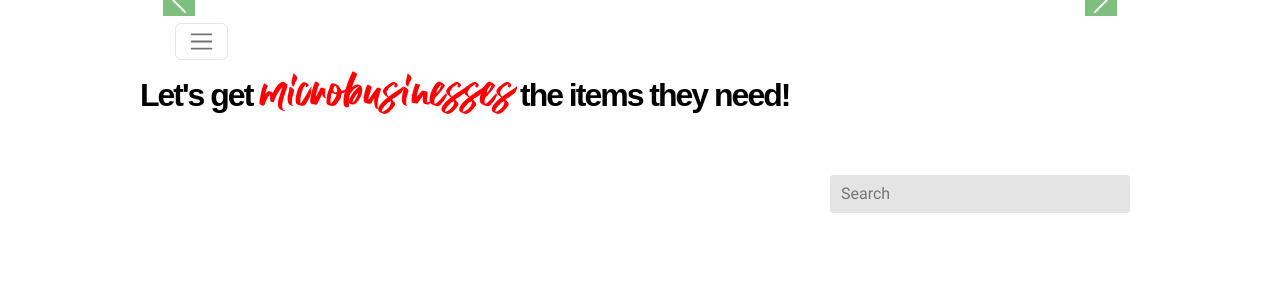
Repository: David-Waite/edableStyleChanges
Page: /
An editor plug-in stored every save of this project. The page is shown before and after the next save, followed by the edit.
The browser window is 1280 px wide. The pictures show the whole page.
The project was rebuilt for these pictures with package versions that can differ from the ones it lists, and the page was loaded fresh each time. Also part of the build but not shown: src/components/Item/ProgressBar.css, src/components/Volunteer/Volunteer.tsx, src/components/DonorForm/Message.css, src/components/Volunteer/VolunteerError.tsx, src/components/Default.tsx, src/components/DonorForm/Paypal.tsx, src/components/DonorForm/DonorForm.tsx, src/components/DonorForm/PastDonations.css and 8 more.

Above is the page before, as saved 2022-11-08 15:44:39.

### public/index.html
<!DOCTYPE html>
<html lang="en">
  <head>
    <meta charset="utf-8" />
    <link rel="icon" href="%PUBLIC_URL%/favicon.ico" />
    <meta name="viewport" content="width=device-width, initial-scale=1" />
    <meta name="theme-color" content="#000000" />
    <meta name="description" content="EdAble Donations System" />
    <link rel="apple-touch-icon" href="%PUBLIC_URL%/logo192.png" />
    <link rel="manifest" href="%PUBLIC_URL%/manifest.json" />
    <link
      rel="stylesheet"
      href="https://cdn.jsdelivr.net/npm/bootstrap@5.2.0-beta1/dist/css/bootstrap.min.css"
      integrity="sha384-0evHe/X+R7YkIZDRvuzKMRqM+OrBnVFBL6DOitfPri4tjfHxaWutUpFmBp4vmVor"
      crossorigin="anonymous"
    />
    <title>EdAble Donations</title>
  </head>
  <body>
    <noscript>You need to enable JavaScript to run this app.</noscript>
    <div id="root"></div>
  </body>
  <script src="./iframeResizer.contentWindow.min.js"></script>
</html>

### src/index.tsx
import React from 'react';
import ReactDOM from 'react-dom/client';
import './index.css';
import App from './App';
import reportWebVitals from './reportWebVitals';
import './fonts/Roboto/Roboto-Medium.ttf';
import './fonts/Lora/Lora-VariableFont_wght.ttf';

const root = ReactDOM.createRoot(
  document.getElementById('root') as HTMLElement
);
root.render(
  <React.StrictMode>
    <App />
  </React.StrictMode>
);

// If you want to start measuring performance in your app, pass a function
// to log results (for example: reportWebVitals(console.log))
// or send to an analytics endpoint. Learn more: https://bit.ly/CRA-vitals
reportWebVitals();

### src/index.css
body {
  margin: 0;
  -webkit-font-smoothing: antialiased;
  -moz-osx-font-smoothing: grayscale;
}

code {
  font-family: source-code-pro, Menlo, Monaco, Consolas, "Courier New",
    monospace;
}

* {
  box-sizing: border-box;
}

#page-wrap {
  padding-bottom: 10px;
  padding-top: 10px;
}
@font-face {
  font-family: "Roboto";
  src: local("Roboto"),
    url("./fonts/Roboto/Roboto-Medium.ttf") format("truetype");
}

@font-face {
  font-family: "Lora";
  src: local("Lora"),
    url("./fonts/Lora/Lora-VariableFont_wght.ttf") format("truetype");
}

@font-face {
  font-family: "black_stonealternative";
  src: local("blackStone"),
    url("./fonts/BlackStone/blackstone-alternative-webfont.woff") format("woff");
}

h1 {
  font-family: "Roboto";
  font-style: normal;
  font-weight: 700;
  font-size: 52px;
  line-height: 64px;
  /* identical to box height, or 123% */
  color: #000000;
}

h2 {
  font-family: "Lora";
  font-style: normal;
  font-weight: 700;
  font-size: 47px;
  line-height: 60px;
  /* identical to box height, or 128% */
  color: #f1f1f1;
}

h3 {
  font-family: "Lora";
  font-style: normal;
  font-weight: 700;
  font-size: 40px;
  line-height: 51px;
  color: #c4c4c4;
}

h4 {
  font-family: "Roboto";
  font-style: normal;
  font-weight: 700;
  font-size: 35px;
  line-height: 43px;
  /* identical to box height, or 123% */
  letter-spacing: 0.02em;
  color: #000000;
}

h5 {
  font-family: "Roboto";
  font-style: normal;
  font-weight: 700;
  font-size: 28px;
  line-height: 44px;
  /* identical to box height, or 157% */
  color: #000000;
}

h6 {
  font-family: "Roboto";
  font-style: normal;
  font-weight: 700;
  font-size: 21px;
  line-height: 25px;
  /* identical to box height */
  color: #000000;
}

body {
  font-family: "Roboto";
  font-style: normal;
  font-weight: 400;
  font-size: 21px;
  line-height: 32px;
  /* identical to box height, or 152% */
  color: #000000;
}

### src/App.tsx
import React from "react";
import "./App.css";
import { BrowserRouter, Routes, Route } from "react-router-dom";

import { PayPalScriptProvider } from "@paypal/react-paypal-js";
import Base from "./components/Base";
import Landing from "./components/Landing/Landing";
import Volunteer from "./components/Volunteer/Volunteer";
import VolunteerError from "./components/Volunteer/VolunteerError";
import Default from "./components/Default";
import Organisation from "./components/Organisation/Organisation";
import ItemPage from "./components/Item/ItemPage";
import Success from "./components/DonorForm/Success";
import Cancel from "./components/DonorForm/Cancel";
import PastDonations from "./components/DonorForm/PastDonations";
import PastItemDonations from "./components/DonorForm/PastItemDonations";
import DonateTime from "./components/Volunteer/DonateTime";

function App() {
  return (
    <PayPalScriptProvider
      options={{
        "client-id":
        process.env.REACT_APP_PAYPAL_CLIENT_ID||"ATT3Tn46NrmHggGqVC4mzWOZWlnbp2ID9DA0yQnhsgqPFIVPPlLhfSI_-atbZc3aN7n_k7wUVTyQJMnI",
        currency: "AUD",
      }}
    >
      <BrowserRouter>
        <Routes>
          <Route path="/" element={<Base />}>
            <Route path="/" element={<Landing />} />
            <Route path="volunteer" element={<Volunteer />} />
            <Route path="success" element={<Success />} />
            <Route path="organisation/:orgId" element={<Organisation />} />
            <Route path="cancel/:orgId" element={<Cancel />} />
            <Route path="volunteererror/:orgId" element={<VolunteerError />} />
            <Route path="organisation/:orgId" element={<PastDonations />} />
            <Route path="item/:orgID/:itemID" element={<ItemPage />} />
            <Route path="item/:orgID/:itemID" element={<PastItemDonations />} />
            <Route path="volunteer/organisation/:orgId" element={<DonateTime />} />
            <Route path="volunteer/success" element={<Success />} />

            {/* Using path="*"" means "match anything", so this route
                acts like a catch-all for URLs that we don't have explicit
              routes for. */}
            <Route path="*" element={<Default />} />
          </Route>
        </Routes>
      </BrowserRouter>
    </PayPalScriptProvider>
  );
}

export default App;

### src/App.css
.App {
  text-align: center;
}

.App-logo {
  height: 40vmin;
  pointer-events: none;
}

@media (prefers-reduced-motion: no-preference) {
  .App-logo {
    animation: App-logo-spin infinite 20s linear;
  }
}

.App-header {
  background-color: #282c34;
  min-height: 100vh;
  display: flex;
  flex-direction: column;
  align-items: center;
  justify-content: center;
  font-size: calc(10px + 2vmin);
  color: white;
}

.App-link {
  color: #61dafb;
}

@keyframes App-logo-spin {
  from {
    transform: rotate(0deg);
  }
  to {
    transform: rotate(360deg);
  }
}

.font-face-rob {
  font-family: "Roboto";
}

.font-face-lora {
  font-family: "Lora";
}

.font-face-Black {
  font-family: "black_stonealternative";
}

### src/components/Base.tsx
import { Outlet } from 'react-router-dom';

function BasePage() {
  return (
    <>
      {/* An <Outlet> renders whatever child route is currently active,
          so you can think about this <Outlet> as a placeholder for
        the child routes we defined above. */}
      <Outlet/>
    </>
  );
}

export default BasePage;

### src/components/Landing/Landing.tsx
import { useEffect, useState } from "react";
import "./Landing.css";
import { Link } from "react-router-dom";
import { db } from "../../config/firebase";
import { collection, query, onSnapshot, where } from "firebase/firestore";
import { Button, Container, Carousel, Row, Col } from "react-bootstrap";
import { ReactComponent as InclusionHero } from "./InclusionHero.svg";

import Sidebar from "./Sidebar";
import ItemsCollection from "./ItemsCollection";
import Organisation from "../Organisation/Organisation";

function Landing() {
  const [orgList, setOrgList] = useState<any>([]);

  // gets all the orgs from dbs
  useEffect(() => {
    const q = query(
      collection(db, "Organisations"),
      where("activeStatus", "==", true)
    );
    onSnapshot(q, (querySnapshot) => {
      // setOrgList dumps all the orgs in orgList
      setOrgList(
        querySnapshot.docs.map((doc) => ({
          id: doc.id,
          data: doc.data(),
        }))
      );
    });
  }, []);

  useEffect(() => {
    window.scrollTo(0, 0);
  }, []);

  return (
    //   these lines set up the format of the page
    <>
      <div className="landing">
        {/* Burger menu */}
        <div className="navBarContainer">
          <Sidebar orgList={orgList} />
        </div>

        <div className="App" id="outer-container">
          {/* Carousel */}
          <div className="slideshowCon">
            <Row>
              <Col>
                <div className="carouselContainer">
                  <Carousel
                    touch={true}
                    interval={400000}
                    indicators={true}
                    variant="light"
                  >
                    {orgList.map((org: any) => (
                      <Carousel.Item
                        key={org.id.toString()}
                        style={{
                          textAlign: "left",
                        }}
                      >
                        <Link
                          to={`organisation/${org.id}`}
                          style={{
                            textDecoration: "none",
                            color: "black",
                          }}
                        >
                          {/* this div contains the carousel item's contents and makes the whole carousel item a link (based on link tag above) */}
                          <div className="carousel-contents">
                            <img
                              className="carouselImage"
                              src={`${org.data.img}`}
                            />

                            <div className="caroursel-text">
                              <div className="carousel-contents-bottom">
                                <div>
                                  {" "}
                                  <h2 className="title">{org.data.name}</h2>
                                  <p className="orgSummary">
                                    {org.data.summary}
                                  </p>
                                </div>

                                <Button
                                  className="btnContribute"
                                  variant="warning"
                                >
                                  CONTRIBUTE TO&#160;
                                  {org.data.name.toUpperCase()}!
                                </Button>
                              </div>
                            </div>
                          </div>
                        </Link>
                      </Carousel.Item>
                    ))}
                  </Carousel>
                </div>
              </Col>
            </Row>
          </div>
        </div>

        <ItemsCollection orgList={orgList} />
      </div>
    </>
  );
}

export default Landing;

### src/components/Landing/Landing.css
.carousel-control-next,
.carousel-control-prev {
  width: 10%;
  color: grey;
  background-color: blue;
}
.carousel-control-next span,
.carousel-control-prev span {
  color: green;
  background-color: green;
}

.carousel-control-prev-icon {
  color: green;
  background-color: green;
}
.landing {
  max-width: 1000px;

  margin: 0px auto 90px;
}

.title {
  font-size: 33px;
  margin-top: 10px;
  font-family: sans-serif;
  height: auto;
  line-height: normal;
}

.col {
  padding: 0;
}

.navBarContainer {
  margin-left: 30px;
  margin-top: 10px;
  position: absolute;
  color: white;
}

.carousel {
  /* margin: 3px; */
  /* border-radius: 30px; */

  color: white;
  /* height: ; */
}

.carouselImage {
  object-fit: cover;
  height: calc(500px - 140px);
}

.carousel-contents {
  display: flex;

  flex-direction: column;
  justify-content: flex-end;

  color: white;
  height: 500px;
}

.carousel-indicators {
  margin-bottom: 10px;
}

.carousel-contents-bottom {
  display: flex;
  align-items: center;
  justify-content: space-between;
  gap: 10px;

  margin-bottom: 30px;
}

.caroursel-text {
  padding: 0px 25px;
  height: 140px;
  background-color: #333333;
}

.btnContribute {
  background-color: #e50040;
  color: white;
  border: none;
  border-radius: 3px;
}

.btnContribute span {
  margin-left: 3px;
  font-size: 16px;
  font-weight: 400;
  color: white;
}

.btnContribute div {
  font-size: 16px;
  font-weight: 400;
  margin: 0;
}

.btnContribute:hover {
  background-color: #d4033e;
  color: white;
}

.orgSummary {
  font-size: 16px;
  line-height: 25px;
}

.imgCarousel {
  width: 100%;
  height: 600px;
}

@media (max-width: 1040px) {
  .landing {
    padding: 0 20px;
  }
}

@media (max-width: 900px) {
  .title {
    font-size: 28px !important;
  }
}

@media (max-width: 800px) {
  .carousel-contents-bottom {
    flex-direction: column;
    align-items: flex-start;

    gap: 0px;
  }
  .caroursel-text {
    height: 200px;
  }
}

@media (max-width: 500px) {
  .btnContribute div {
    width: 100%;
  }

  .caroursel-text {
    height: 220px;
  }
}

@media (max-width: 370px) {
  .btnContribute {
    margin-top: -10px;
    font-size: 10px;
  }
}

@media (max-width: 325px) {
  .btnContribute span {
    font-size: 9px;
  }
}

/* #carousel-indicators {
    color:rgb(17, 0, 61)
} */

/* Button {
  font-size: x-small;
  style={{ backgroundImage: `url(${org.data.img})` }}




   <img
                              className="imgCarousel"
                              src={org.data.img}
                              alt={`${org.data.name}` + "'s logo"}
                            />
} */

### src/config/firebase.js
import { initializeApp } from "firebase/app";
import { getFirestore } from "firebase/firestore";
import { initializeAppCheck, ReCaptchaV3Provider } from "firebase/app-check";

const firebaseConfig = {
  apiKey: "AIzaSyDs6EtNxxw7Q9vqGTd9EFzCkpK4aQ9u_dY",
  authDomain: "edable-swinburne.firebaseapp.com",
  projectId: "edable-swinburne",
  storageBucket: "edable-swinburne.appspot.com",
  messagingSenderId: "217658206897",
  appId: "1:217658206897:web:529a69fce1bf349d7ad090",
  measurementId: "G-2R2MP9QZ9F",
};

// Initialize Firebase
const app = initializeApp(firebaseConfig);
const db = getFirestore(app);

// app check
const appCheck = initializeAppCheck(app, {
  provider: new ReCaptchaV3Provider("6LcACHkiAAAAAI-dIVsdXLO9-vrCICsqM5sRRjbJ"),
  isTokenAutoRefreshEnabled: true,
});

export { db };

### src/components/Landing/Sidebar.tsx
import { useState, useEffect } from "react";
import { query, onSnapshot, collection, where } from "firebase/firestore";
import { db } from "../../config/firebase";
import { Link } from "react-router-dom";
import Navbar from "react-bootstrap/Navbar";
import Offcanvas from "react-bootstrap/Offcanvas";

type SidemenuProps = {
  pageWrapId: string;
  outerContainerId: string;
};

function Sidebar(props: any) {
  const [search, setSearch] = useState<string>("");

  const handleChange = (e: React.ChangeEvent<HTMLInputElement>) => {
    setSearch(e.target.value);
  };

  const filteredOrganisations = props.orgList.filter((Organisations: any) =>
    Organisations.data.name.toLowerCase().includes(search.toLowerCase())
  );
  return (
    <>
      <Navbar expand={false}>
        <Navbar.Toggle aria-controls={`offcanvasNavbar-expand`} />
        <Navbar.Offcanvas
          id={`offcanvasNavbar-expand`}
          aria-labelledby={`offcanvasNavbarLabel-expand`}
        >
          <Offcanvas.Header closeButton>
            <Offcanvas.Title
              id={`offcanvasNavbarLabel-expand`}
              style={{
                fontSize: "20px",
              }}
            >
              Social-enterprises supported by EdAble
            </Offcanvas.Title>
          </Offcanvas.Header>
          <Offcanvas.Body>
            <input type="text" onChange={handleChange} placeholder="Search" />
            {filteredOrganisations.map((Organisation: any) => (
              <Link
                style={{
                  textDecoration: "none",
                  color: "black",
                }}
                to={`organisation/${Organisation.id}`}
                key={Organisation.id}
              >
                <br />
                <div>{Organisation.data.name}</div>
              </Link>
            ))}
          </Offcanvas.Body>
        </Navbar.Offcanvas>
      </Navbar>
    </>
  );
}

export default Sidebar;

### src/components/Landing/ItemsCollection.tsx
import { useState, useEffect } from "react";
import {
  collectionGroup,
  query,
  onSnapshot,
  collection,
  where,
  getDocs,
} from "firebase/firestore";
import { db } from "../../config/firebase";
import Card from "react-bootstrap/Card";
import ProgressBar from "react-bootstrap/ProgressBar";
import { Link } from "react-router-dom";
import styles from "./ItemsCollection.module.css";
import "../Item/ProgressBar.css";

function ItemsCollection(props: any) {
  const [itemList, setItemList] = useState<any>([]);
  const [search, setSearch] = useState<string>("");

  useEffect(() => {
    const q = query(
      collectionGroup(db, "Items"),
      where("activeStatus", "==", true)
    );

    onSnapshot(q, async (querySnapshot) => {
      setItemList(
        querySnapshot.docs.map((doc) => ({
          id: doc.id,
          data: doc.data(),
          parentDoc: doc.ref.parent.parent?.id,
        }))
      );
    });
  }, []);

  function mergeLists() {
    const mergeList: any = [];
    itemList.map((item: any) => {
      props.orgList.map((org: any) => {
        if (item.parentDoc === org.id) {
          if (item.data.activeStatus === true) {
            mergeList.push({
              ...item,
              orgName: org.data.name,
              orgActiveStatus: org.data.activeStatus,
            });
          }
        }
      });
    });
    return mergeList;
  }

  const mergeList = mergeLists();

  const handleChange = (e: React.ChangeEvent<HTMLInputElement>) => {
    setSearch(e.target.value);
  };
  const filteredItems = mergeList.filter((item: any) =>
    item.data.name.toLowerCase().includes(search.toLowerCase())
  );
  console.log(filteredItems);

  return (
    <>
      <div className={styles.containerDiv}>
        <h2 className={styles.title}>
          Let&apos;s get <span>microbusinesses</span> the items they need!
        </h2>
        <div
          className={styles.searchBar}
          style={{
            borderRadius: "3px",
            display: "flex",
            alignItems: "right",
            justifyContent: "right",
          }}
        >
          <input
            style={{ fontSize: "16px" }}
            className={styles.input}
            type="text"
            onChange={handleChange}
            placeholder="Search"
          />
        </div>

        <div className={styles.cardParentDiv}>
          {filteredItems.map((item: any) => (
            <div key={item.id.toString()} className={styles.cards}>
              <img src={item.data.img} alt={`Image of  ${item.data.name}`} />
              <div className={styles.cardBody}>
                <div>
                  <h3 className={styles.cardTitle}>
                    {item.orgName}:
                    <br />
                    <span>{item.data.name}</span>
                  </h3>

                  <p className={styles.cardDes}>{item.data.summary}</p>
                </div>

                <div className={styles.bottomHalfCard}>
                  <p>
                    ${item.data.totalDonationsValue || 0} of $
                    {item.data.initialPrice}
                  </p>
                  <ProgressBar
                    striped
                    now={
                      item.data.totalDonationsValue
                        ? (item.data.totalDonationsValue /
                            item.data.initialPrice) *
                          100
                        : 0
                    }
                    label={`${Math.round(
                      (item.data.totalDonationsValue / item.data.initialPrice) *
                        100
                    )}%`}
                  />
                  <Link
                    style={{
                      textDecoration: "none",
                      color: "black",
                    }}
                    to={`item/${item.parentDoc}/${item.id}`}
                  >
                    <div className={styles.btn}>DONATE NOW!</div>
                  </Link>
                </div>
              </div>
            </div>
          ))}
        </div>
      </div>
    </>
  );
}

export default ItemsCollection;

### src/components/Organisation/Organisation.module.css
.body {
  background-color: black;
}

.section {
  max-width: 1000px;

  margin: 0 auto;
  background-color: white;
}

.btn {
  display: flex;
  align-items: center;
  height: 40px;
  color: white;
  border-radius: 3px;
  font-size: 16px;
  font-weight: 400;
  padding: 0 15px;
}

a {
  text-decoration: none !important;
}
.btn:hover {
  color: white;
}
.website {
  background-color: #5e17a9;
}

.goBack {
  background-color: #ff7000;
}

.website:hover {
  background-color: #511493;
}

.goBack:hover {
  background-color: #f16800;
}

.orgImg {
  width: 100%;
  height: 500px;
  object-fit: cover;
}

.header {
  margin: 10px 0;
  display: flex;
  gap: 10px;

  align-items: center;
}

h6 {
  margin-top: 30px;
  font-size: 33px;
  font-weight: 400;
  line-height: 30px;
}

h6 div {
  font-family: "black_stonealternative";
  margin-top: 30px;
  color: #5e17a9;
  font-size: 55px;
  letter-spacing: 1px;
  font-weight: 100;
}

.orgDescription {
  margin-top: 20px;
  font-size: 16;
}

.formContainer {
  margin: 0 auto;
  width: 100%;

  max-width: 900px;
  border-radius: 3px;
  padding: 30px 50px;
  background-color: #eee;
}

.topItem {
  display: flex;
  align-items: center;
  gap: 40px;
}

.topButton {
  margin-bottom: 30px;
  background-color: #ff7000;
  border: none;
}

.topButton:hover {
  background-color: #f16800;
}

.card {
  width: 500px;
  border-radius: 3px;
  border: none;
  background-color: #f4f4f4;
}

.cardContent {
  padding: 20px;
}

.cardTitle {
  font-size: 18px;
  color: black;
  font-family: sans-serif;
  height: auto;
  line-height: 25px;
}

.cardDes {
  margin-top: 0px;
  color: rgb(29, 29, 29);
  font-size: 16px;
  letter-spacing: 0.1px;
  line-height: 20px;
  font-weight: 400;
}

@media (max-width: 700px) {
  .content {
    padding: 0 20px 50px;
  }
  .formContainer {
    padding: 30px 20px;
  }
  .topItem {
    display: flex;
    flex-direction: column;
    gap: 40px;
  }
  .card {
    width: 100%;
  }
}

@media (max-width: 500px) {
  label {
    font-size: 10px;
  }

  h6 {
    font-size: 25px;
  }
  h6 span {
    font-size: 40px;
  }
  .btn {
    font-size: 12px;
  }
}

### src/components/Landing/ItemsCollection.module.css
.containerDiv {
  /* background-color: rgb(212, 238, 249); */
  border-radius: 40px;
}

.searchBar {
  border-radius: 3px !important;
  padding: 0;
}
.title {
  font-size: 32px;
  color: black;
  font-family: sans-serif;
  margin-top: 60px;
  margin-bottom: 40px;

  letter-spacing: -2px;
}

.title span {
  font-family: "black_stonealternative";
  margin-left: 0px;
  margin-right: 0px;
  font-size: 55px;
  letter-spacing: 1px;
  font-weight: 100;
}

.input {
  margin: 10px;
  width: 300px;
  border-radius: 3px;
  padding: 2px 10px;
}

.cardParentDiv {
  margin-top: 20px;
  display: grid;
  grid-template-columns: 1fr 1fr 1fr;
  gap: 30px;
}

.bottomHalfCard {
  align-self: end;
}
.cardParentDiv img {
  width: 100%;
  height: 180px;
  object-fit: cover;
  padding: 0;
  margin: 0;
}

.cardTitle {
  font-size: 18px;
  color: black;
  font-family: sans-serif;
  height: auto;
  line-height: 25px;
}

.cardTitle span {
  color: #e50040;
}

.cardDes {
  height: 60px;
  margin-top: 0px;
  color: rgb(29, 29, 29);
  font-size: 16px;
  letter-spacing: 0.1px;
  line-height: 16px;
  font-weight: 400;
}

.btn {
  text-decoration: none;
  color: white;
  display: flex;
  align-items: center;
  justify-content: center;
  height: 40px;
  margin-top: 10px;
  margin-bottom: -15px;
  text-align: center;
  border-radius: 3px;
  font-size: 16px;
  font-weight: 400;

  background-color: #5e17a9;
}

.cardBody {
  padding: 10px 10px 30px 10px;
}

.cards {
  border-radius: 3px;
  border: none;
  background-color: #f4f4f4;
}

@media (max-width: 1040px) {
  .cardParentDiv {
    grid-template-columns: 1fr 1fr;
    gap: 60px;
  }
}

@media (max-width: 650px) {
  .cardParentDiv {
    grid-template-columns: 1fr 1fr;
    gap: 20px;
  }
}

@media (max-width: 600px) {
  .cardParentDiv {
    grid-template-columns: 1fr;
    gap: 20px;
  }
}

### src/components/DonorForm/DonorForm.css
.formTitle {
  color: #5e17a9;
}

.presetButtons {
  display: flex;
  align-items: center;
  justify-content: flex-start;
  margin-bottom: -20px;
}

label,
.or {
  font-size: 16px;
  color: rgb(118, 118, 118);
}

label span {
  color: rgb(176, 53, 53);
  margin-left: 2px;
}

input:disabled {
  background-color: rgb(197, 197, 197);
}

.checkbox {
  display: flex;
  justify-content: start;
  align-items: center;
}

.checkbox input {
  width: auto;
  margin-right: 5px;
}

.monthlyPayment {
  margin-top: 15px;
  margin-bottom: -25px;
}

.availablity {
  display: flex;
  gap: 60px;
  padding-bottom: 10px;
}

.isAron {
  margin-top: 15px;
}
.mailingList {
  margin-bottom: 15px;
}
input,
select {
  display: block;
  box-sizing: border-box;
  width: 100%;
  border-radius: 3px;
  border: 1px solid #e4e4e4;
  padding: 5px 10px;

  margin-bottom: 1px;
  font-size: 12px;
  background-color: #e4e4e4;
}

select {
  padding: 15px 10px;
  border: none;
}

span {
  font-size: large;
  color: red;
}

.proceedPayBtn {
  color: white;
  background-color: #ff7000;
  border-color: #ff7000;
  margin-right: auto;
}

.proceedPayBtn:hover {
  background-color: #f16800;
  color: white;
}

button {
  border-radius: 4px;
  border: 1px solid rgb(215, 215, 215);
  padding: 5px 10px;
  font-size: 14px;
  margin: 5px;
  color: white;
  background-color: #ff7000;
  border-color: #ff7000;
}

button[type="submit"],
input[type="submit"] {
  background: #ec598f;
  color: white;
  text-transform: uppercase;
  border: none;
  margin-top: 40px;
  padding: 10px;
  font-size: 16px;
  font-weight: 400;
  letter-spacing: 10px;
}

Loaded but not shown: src/reportWebVitals.ts (common file); public/iframeResizer.contentWindow.min.js (library)

After the next save:
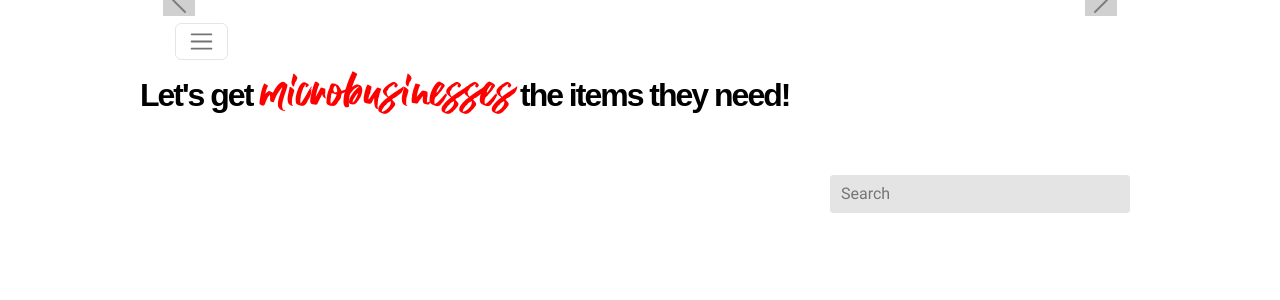
Saved 26 s later.
--- a/src/components/Landing/Landing.tsx
+++ b/src/components/Landing/Landing.tsx
@@ -53,7 +53,7 @@ function Landing() {
                     touch={true}
                     interval={400000}
                     indicators={true}
-                    variant="light"
+                    variant="dark"
                   >
                     {orgList.map((org: any) => (
                       <Carousel.Item
